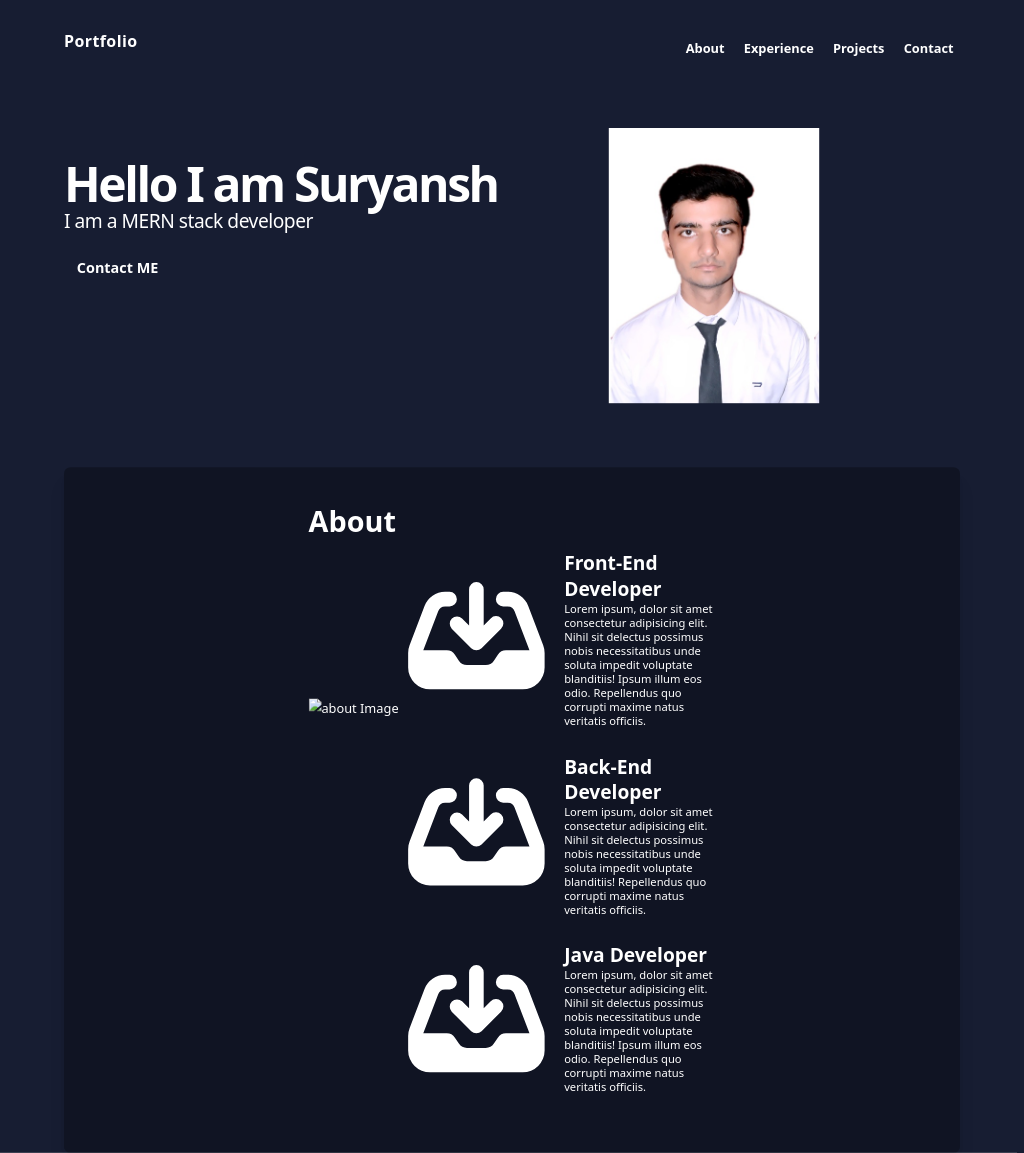
Repository: suryanshsingh99181/portfolio
Page: /
These files come from the project's save history. The page is drawn as it stood at one moment and after the next save; the edit follows.
The browser window is 1280 px wide. The pictures show the whole page, at 80% of full size.
The project was rebuilt for these pictures with package versions that can differ from the ones it lists, and the page was loaded fresh each time. Also part of the build but not shown: vite.config.js.

Above is the page before, as saved 2024-08-21 23:52:56.

After the next save:
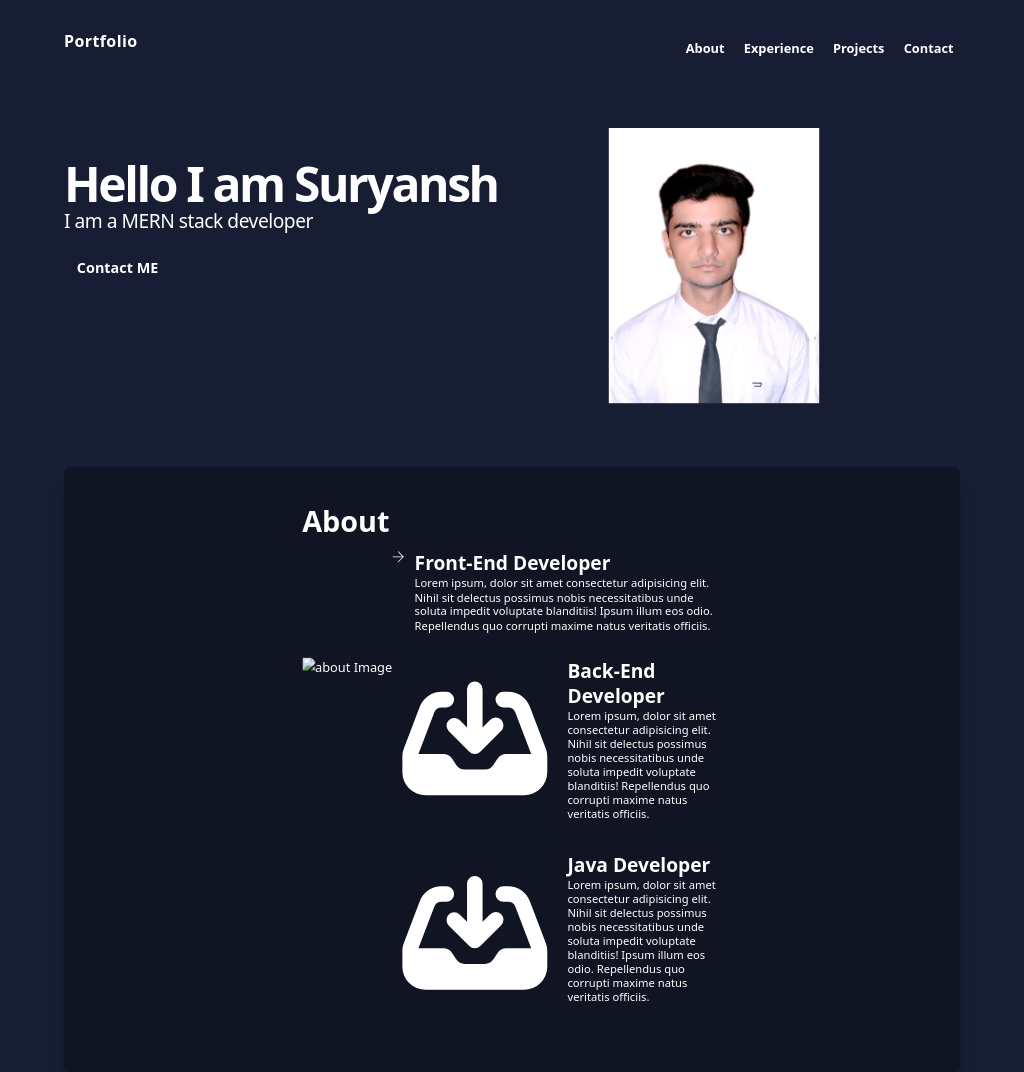
Saved 70 s later.
--- a/src/Components/about/About.jsx
+++ b/src/Components/about/About.jsx
@@ -1,4 +1,5 @@
 import { InboxArrowDownIcon } from "@heroicons/react/16/solid";
+import { TfiArrowRight } from "react-icons/tfi";
 
 const About = () => {
   return (
@@ -9,7 +10,7 @@
           <img className="md:h-80" src={""} alt="about Image" />
           <ul>
             <div className="flex gap-3 py-4">
-              <InboxArrowDownIcon className="mt-1" />
+              <TfiArrowRight />
               <span className="w-96">
                 <h1 className="text-xl md:text-2xl font-semibold leading-normal">
                   {" "}
